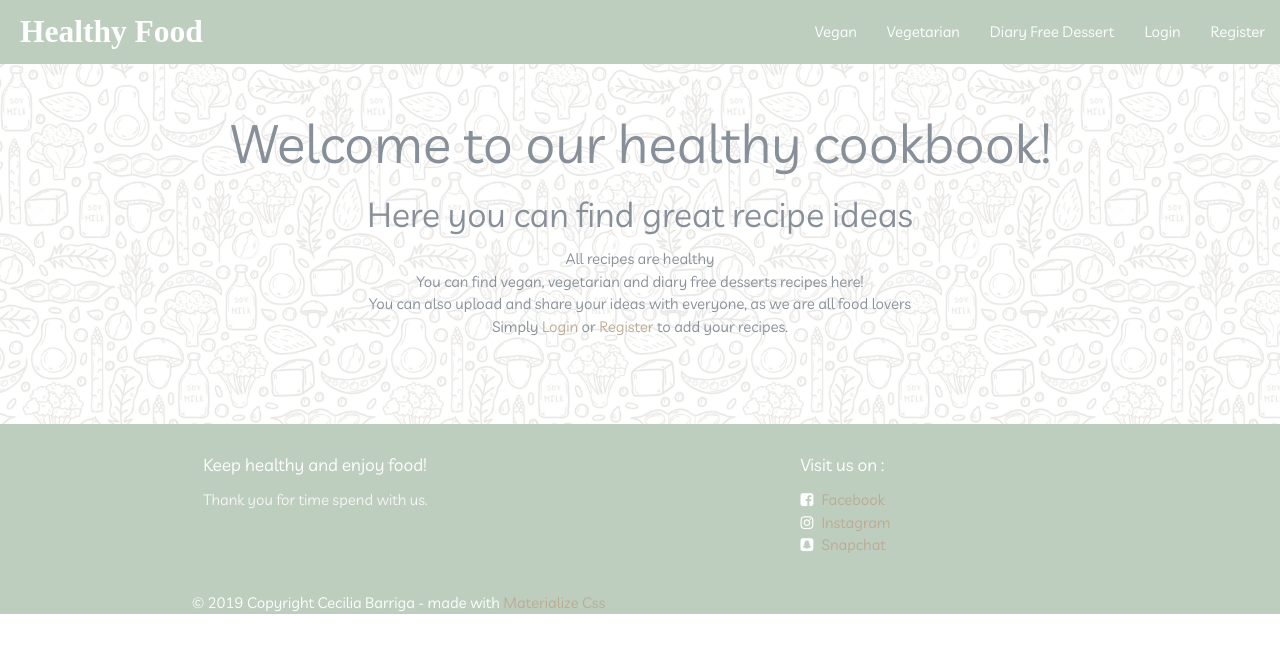
Repository: cesole/cookbook
Page: http://localhost/
The author's editor kept a record of every edit. The page is drawn from the files as they stood at one moment, then again after the next edit.
The browser window is 1280 px wide. The pictures show the whole page.
Some web fonts or font styles are not loaded; a fallback is used. The page is served by the project's application, run on Flask 3 (app.py).

Above is the page before.

### templates/index.html
{% extends 'base.html'%}
{% block content %}
<div class="container-fluid" id="index">
    <h2>Welcome to our healthy cookbook!</h2>
    <h4>Here you can find great recipe ideas</h4>
     <p class="index">All recipes are healthy<br>You can find vegan, vegetarian and diary free desserts recipes here!<br>
                                                    You can also upload and share your ideas with everyone, as we are all food lovers<br>
                                                    Simply <a class="orange-text text-lighten-3" href="{{url_for('login')}}">Login</a> or <a class="orange-text text-lighten-3" href="{{url_for('register')}}">Register</a> to add your recipes.</p>
</div>
{% endblock %}

### templates/base.html
<!DOCTYPE html>
<html lang="en">

<head>
    <meta charset="UTF-8">
    <meta name="viewport" content="width=device-width, initial-scale=1.0">

    <link href="https://fonts.googleapis.com/icon?family=Material+Icons" rel="stylesheet">
    <!-- Compiled and minified CSS -->
    <link rel="stylesheet" href="{{ url_for('static', filename='css/materialize.min.css') }}" type="text/css" />
    <link href="https://stackpath.bootstrapcdn.com/font-awesome/4.7.0/css/font-awesome.min.css" rel="stylesheet" integrity="sha384-wvfXpqpZZVQGK6TAh5PVlGOfQNHSoD2xbE+QkPxCAFlNEevoEH3Sl0sibVcOQVnN" crossorigin="anonymous">
    <link href="https://fonts.googleapis.com/css?family=Livvic|Londrina+Outline&display=swap" rel="stylesheet">
    <link rel="stylesheet" href="{{ url_for('static', filename='css/style.css') }}" type="text/css" />


    <title>Cookbook</title>
</head>

<body class="container-fluid">
    <nav>
        <div class="nav-wrapper">
            <a href="{{url_for('index')}}" class="brand-logo">Healthy Food</a>
            <a href="#" data-target="mobile-demo" class="sidenav-trigger"><i class="material-icons">menu</i></a>
            <ul class="right hide-on-med-and-down">
                {% if session.username %}
                <li>Hello, {{ session.username }}!</li>
                {% endif %}
                <li><a href="{{url_for('vegan')}}">Vegan</a></li>
                <li><a href="{{url_for('vegetarian')}}">Vegetarian</a></li>
                <li><a href="{{url_for('dessert')}}">Diary Free Dessert</a></li>
                {% if not session.username %}
                <li><a href="{{url_for('login')}}">Login</a></li>
                <li><a href="{{url_for('register')}}">Register</a></li>
                {% else %}
                <li><a href="{{url_for('get_my_recipes')}}">My Recipes</a></li>
                <li><a href="{{url_for('logout')}}">Logout</a></li>
                {% endif %}
            </ul>
        </div>
        <ul class="sidenav" id="mobile-demo">
            {% if session.username %}
            <li>Hello, {{ session.username }}!</li>
            {% endif %}
            <li><a href="{{url_for('vegan')}}">Vegan</a></li>
            <li><a href="{{url_for('vegetarian')}}">Vegetarian</a></li>
            <li><a href="{{url_for('dessert')}}">Diary Free Dessert</a></li>
            {% if not session.username %}
            <li><a href="{{url_for('login')}}">Login</a></li>
            <li><a href="{{url_for('register')}}">Register</a></li>
            {% else %}
            <li><a href="{{url_for('get_my_recipes')}}">My Recipes</a></li>
            <li><a href="{{url_for('logout')}}">Logout</a></li>
            {% endif %}
        </ul>
    </nav>

    <div class="container-fluid">
        <main style="background-image: url({{ url_for('static', filename='images/background2.jpg') }}); background-size: contain; ">{% block content %}{% endblock %}</main>
    </div>

    <footer class="page-footer">
        <div class="container">
            <div class="row">
                <div class="col l6 s12">
                    <h6 class="white-text">Keep healthy and enjoy food!</h6>
                    <p class="grey-text text-lighten-4">Thank you for time spend with us.</p>
                </div>
                <div class="col l4 offset-l2 s12">
                    <h6 class="white-text">Visit us on :</h6>
                    <ul>
                        <li><i class="fa fa-facebook-square"></i><a class="social-media" href="https://www.facebook.com/" target="_blank">Facebook</a></li>
                        <li><i class="fa fa-instagram"></i><a class="social-media" href="https://www.instagram.com/" target="_blank">Instagram</a></li>
                        <li><i class="fa fa-snapchat-square"></i><a class="social-media" href="https://www.snapchat.com/" target="_blank">Snapchat</a></li>
                    </ul>
                </div>
            </div>
            <div class="copyright">
                <div class="row">
                    © 2019 Copyright Cecilia Barriga - made with <a class="orange-text text-lighten-3" href="https://materializecss.com/" target="_blank">Materialize Css</a>
                </div>
            </div>
        </div>
    </footer>


    <script src="https://code.jquery.com/jquery-3.3.1.slim.min.js" integrity="sha384-q8i/X+965DzO0rT7abK41JStQIAqVgRVzpbzo5smXKp4YfRvH+8abtTE1Pi6jizo" crossorigin="anonymous"></script>
    <!-- Compiled and minified JavaScript -->
    <script src="https://cdnjs.cloudflare.com/ajax/libs/materialize/1.0.0/js/materialize.min.js"></script>

    <script>
        $(document).ready(function() {
            $('.sidenav').sidenav();
            $('.parallax').parallax();
            $('.carousel').carousel();
            $('.slider').slider();
            $('select').formSelect();
        });
    </script>

</body>

</html>

### app.py
import os
from flask import Flask, render_template, flash, redirect, request, url_for, session, make_response, current_app
from flask_pymongo import PyMongo
import pymongo
from pymongo import MongoClient
from bson.objectid import ObjectId
import json
from datetime import datetime
from functools import update_wrapper


app = Flask(__name__)
app.config["MONGO_DBNAME"] = 'cook_book'
app.config["MONGO_URI"] = os.getenv('MONGO_URI', 'mongodb://localhost')
app.config['SECRET_KEY'] = "cooking_book"


mongo = PyMongo(app)




@app.route('/')
@app.route('/index')
def index():
    return render_template('index.html')

@app.route('/vegan')
def vegan():
    return render_template('vegan.html',
                            meals=mongo.db.meals.find())

@app.route('/vegetarian')
def vegetarian():
    return render_template('vegetarian.html',
                            meals=mongo.db.meals.find())

@app.route('/dessert')
def dessert():
    return render_template('dessert.html',
                            meals=mongo.db.meals.find())

@app.route('/login', methods=["POST", "GET"])
def login():
    users = mongo.db.users
    login_user = users.find_one({"username" : request.form.get("username", False)})
    if login_user:
        if (request.form['pass']) == login_user['password']:
            session['username'] = request.form['username']
            return redirect(url_for('index'))
        flash('Invalid username/password combination')

    return render_template('login.html')




@app.route('/register', methods=["POST", "GET"])
def register():
    if request.method == "POST":
        users = mongo.db.users
        existing_user = users.find_one({"username" : request.form['username']})
        if existing_user is None:
            users.insert({'username' : request.form['username'],
                            'password' : request.form['pass']
            })
            session['username'] = request.form['username']
            return redirect(url_for('index'))
        flash("Username already exist! Try again!")
    return render_template('register.html')


@app.route('/get_my_recipes', methods=['GET', 'POST'])
def get_my_recipes():
    if not 'username' in session:
        return redirect('/login')
    else:
        meals = mongo.db.meals.find()
        return render_template('user_recipes.html',
                           user=session['username'],
                        meals=meals)

@app.route('/add_recipe')
def add_recipe():
    return render_template('add_recipe.html',
                            categories=mongo.db.categories.find(),
                            meals=mongo.db.meals.find())


@app.route('/insert_recipe', methods=['POST'])
def insert_recipe():
    meals =  mongo.db.meals
    meals.insert_one(request.form.to_dict())
    return render_template('user_recipes.html',
    categories=mongo.db.categories.find(),
                            meals=mongo.db.meals.find())


@app.route('/delete_recipe/<meal_id>')
def delete_recipe(meal_id):
    mongo.db.meals.remove({'_id': ObjectId(meal_id)})
    return redirect(url_for('get_my_recipes'))


@app.route('/edit_recipe/<meal_id>')
def edit_recipe(meal_id):
    the_meal =  mongo.db.meals.find_one({"_id": ObjectId(meal_id)})
    all_categories =  mongo.db.categories.find()
    return render_template('edit_recipe.html', meal=the_meal,
                           categories=all_categories)


@app.route('/update_recipe/<meal_id>', methods=["POST"])
def update_recipe(meal_id):
    meals = mongo.db.meals
    meals.update( {'_id': ObjectId(meal_id)},
    {
        'dish_name':request.form.get('dish_name'),
        'category_name':request.form.get('category_name'),
        'dish_description': request.form.get('dish_description'),
        'ingredient_one': request.form.get('ingredient_one'),
        'ingredient_two': request.form.get('ingredient_two'),
        'ingredient_three': request.form.get('ingredient_three'),
        'ingredient_four': request.form.get('ingredient_four'),
        'ingredient_five': request.form.get('ingredient_five'),
        'ingredient_six': request.form.get('ingredient_six'),
        'step_one': request.form.get('step_one'),
        'step_two': request.form.get('step_two'),
        'step_three': request.form.get('step_three'),
        'step_four': request.form.get('step_four'),
        'step_five': request.form.get('step_five'),
        'step_six': request.form.get('step_six'),
        'image': request.form.get('image'),
        'cook_time': request.form.get('cook_time'),
        'prep_time': request.form.get('prep_time'),
        'author': request.form.get('author')
    })
    return redirect(url_for('get_my_recipes'))



@app.route('/logout')
def logout():
    session.clear()
    return redirect(url_for('index'))

@app.route('/recipe/<meal_id>', methods=['GET', 'POST'])
def recipe(meal_id):
    the_meal =  mongo.db.meals.find_one({"_id": ObjectId(meal_id)})
    return render_template('recipe.html', meal=the_meal)


if __name__ == '__main__':
    app.run(host=os.environ.get('IP'),
            port=int(os.environ.get('PORT')),
            debug=True)

### static/css/style.css
#index {
    color: #878f99;
    text-align: center;
}

#index h2 {
    font-size: 3.56rem;
    line-height: 110%;
    margin: 0 !important;
    padding-top: 50px;
}

nav .nav-wrapper {
    position: relative;
    height: 100%;
    background-color: #bdcebe !important;
    color: white;
}

.index-container {
    margin-left: 30px;
    color: #878f99;
}

.brand-logo {
    font-family: 'Londrina Outline', cursive;
    font-weight: bold;
    margin-left: 20px;
}

html {
    font-family: 'Livvic', sans-serif;
}

.description {
    font-size: 1.5rem;
}

main {
    min-height: 50vh;
}

form {
    margin-top: 50px;
}

.meals {
    padding-top: 50px;
}

span.card-title {
    background-color: #d68d057a;
    width: 100%;
    padding: 10px !important;
}

.card-content {
    height: 100px;
}

/* Caption styles */

.caption {
    background-color: rgba(0, 0, 0, 0.1);
}

/* parallax styles */
.grey-text.text-darken-3 {
    color: white !important;
    text-align: center;
}

.font-grey {
    color: #878f99;
}

.header {
    color: #878f99;
    text-align: center;
}


.brown-text {
    color: #bdaa93 !important;
}


/* end of style */



/* end of styles */

.input-field label {
    color: black;
}

.input-field input[type=text],
.input-field input[type=password],
.input-field input[type=email]{
    border-bottom: 1px solid black;
    box-shadow: 0 1px 0 0 black;
}

.switch label {
    color: black;
}

textarea.materialize-textarea {
    border-bottom: 1px solid black;
    box-shadow: 0 1px 0 0 black;
}

label.active {
    color: #000000 !important;
    font-size: 18px !important;
}


.page-footer {
    padding-top: 20px;
    color: #fff;
    background-color: #bdcebe !important;
}

img.responsive-img {
    max-width: 70%;
    height: auto;
}


.flashes {
    text-align: center;
    font-size: 2rem;
}


.orange-text.text-lighten-3 {
    color: #bdaa93 !important;
}

.social-media {
    color: #bdaa93;
    margin-left: 8px;
}


/* MEDIA STYLE */

@media (max-width: 768px) {
    nav .brand-logo {
        font-size: 1rem;
    }
}

Loaded but not shown: static/css/materialize.min.css (library)

After the next edit:
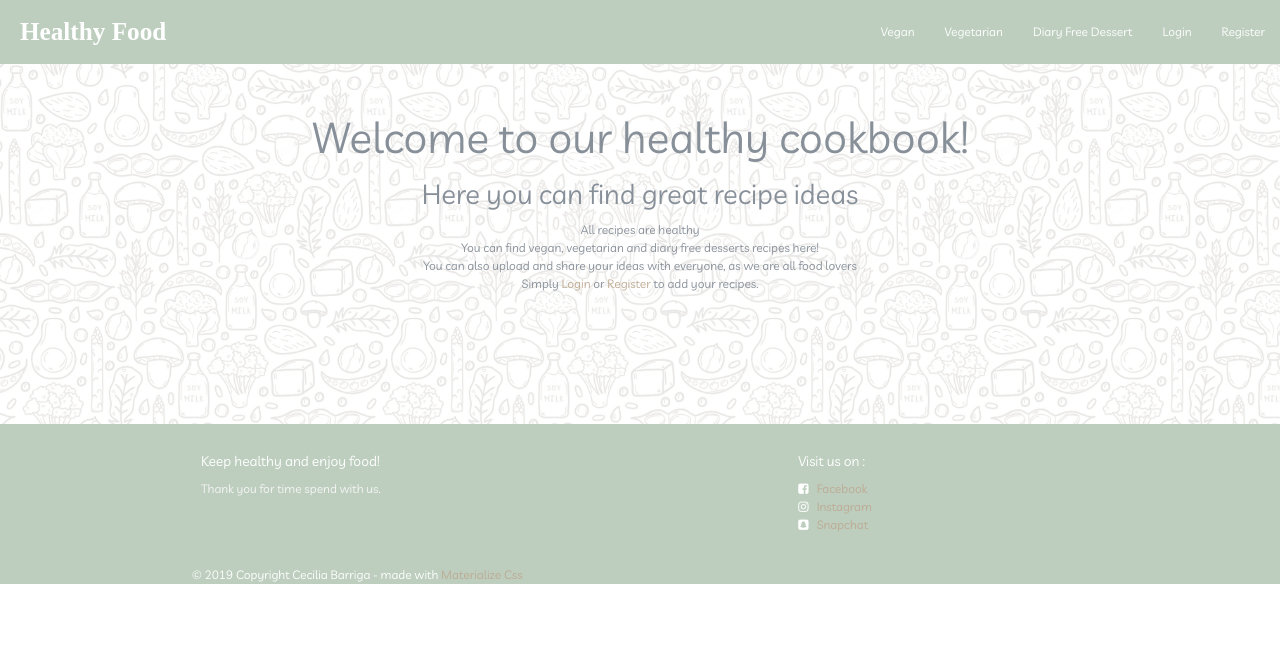
The edit:
--- a/static/css/style.css
+++ b/static/css/style.css
@@ -152,3 +152,8 @@
         font-size: 1rem;
     }
 }
+
+@media only screen and (min-width: 992px) {
+html {
+    font-size: 12px;
+}
